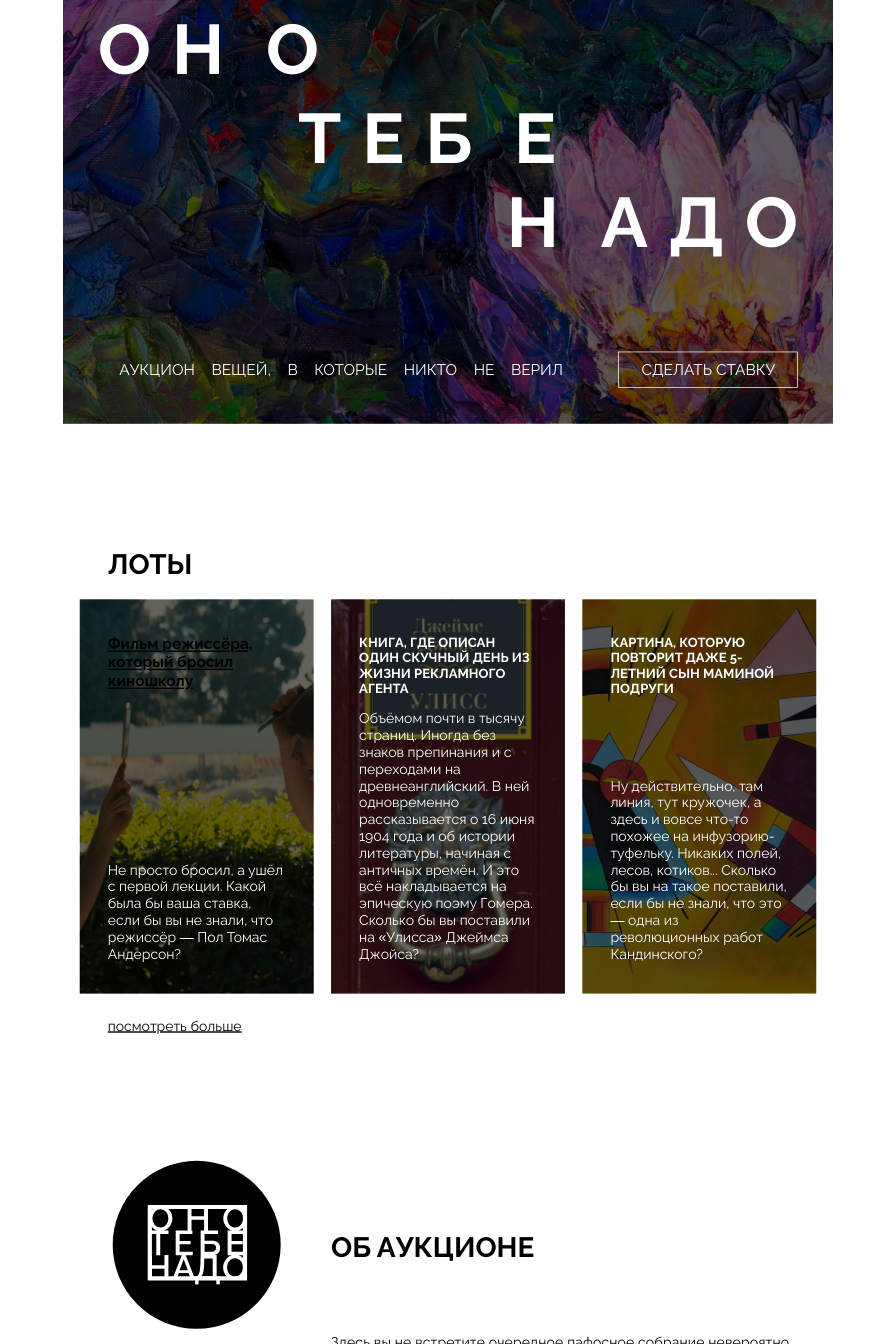
Repository: Smoyki/ono-tebe-nado
Page: index.html
The author's editor kept a copy of each file at every save. The page is drawn from the files as they stood at one save, then again after the next save.
The browser window is 1280 px wide. The pictures show the part of the page from y = 445 to 2365 px (the page is 3028 px tall), at 70% of full size.

Above is the page before, as saved 2024-04-20 21:45:05.

### index.html
<!DOCTYPE html>
<html lang="ru">
  <head>
    <meta charset="UTF-8" />
    <meta http-equiv="X-UA-Compatible" content="IE=edge" />
    <meta name="viewport" content="width=device-width, initial-scale=1.0" />
    <title>Оно тебе надо — аукцион вещей, в которые никто не верил!</title>
    <link rel="stylesheet" href="./fonts/fonts.css" />
    <link rel="stylesheet" href="./styles/global.css" />
    <link rel="stylesheet" href="./styles/style.css" />
  </head>

  <body>
    <div class="wrapper">
      <header class="header">
        <nav class="header__menu">
          <ul class="header__links-list">
            <li class="header__links-list-item_no-bullit">
              <a class="header__link link-active" href="#">главная</a>
            </li>
            <li class="header__links-list-item">
              <a class="header__link" href="#"
                >посмотреть лоты</a
              >
            </li>
            <li class="header__links-list-item">
              <a class="header__link" href="#"
                >об аукционе</a
              >
            </li>
          </ul>
        </nav>
        <a class="header__logo"
          ><img
            alt="Логотип"
            class="header__logo-image"
            src="./images/logo-black.svg"
        /></a>
        <address class="address header__address">
          <a class="address__item " href="tel:+99995555555">+9 999 555 5555</a>
          <a class="address__item " href="mailto:info@sobaka.ge"
            >info@sobaka.ge</a
          >
          <p class="address-text">
            наб. Принсенграхт 263-<br />265, Амстердам
          </p>
        </address>
      </header>
      <main class="main_sections">
        <section class="cover content-section">
          <div class="overlay"></div>
          <h1 class="cover__title">
            <span class="aligned-text"
              >о<span class="letter-spacing-extended">но</span></span
            >
            <span class="aligned-text aligned-text_center"
              >те<span class="letter-spacing-extended">бе</span></span
            >
            <span class="aligned-text aligned-text_right"
              ><span class="letter-spacing-extended">н</span>ад<span
                class="remove-spacing"
                >о</span
              ></span
            >
          </h1>
          <div class="cover__description">
            <p class="cover__description-text">
              Аукцион вещей, в которые никто не верил
            </p>
            <button class="bet-button">Сделать ставку</button>
          </div>
        </section>
        <section class="lots">
          <h2 class="lots_heading"> Лоты</h2>
          <ul class="lots__card-list">
            <li class="lots__card-list-item card_type_film">
              <a href="#" class="card-link">
                <article class="card-info">
                  <h3 class="card__title">Фильм режиссёра, который бросил киношколу</h3>
                  <p class="article-text">Не просто бросил, а ушёл с первой лекции. Какой была бы ваша ставка, если бы вы не знали, что режиссёр — Пол Томас Андерсон?</p>
                </article>
              </a>
            </li>
            <li class="lots__card-list-item card_type_book">
              <a href="#" class="card-link">
                <article class="card-info">
                  <h3 class="article-titel">Книга, где описан один скучный день из жизни рекламного агента</h3>
                  <p class="article-text">Объёмом почти в тысячу страниц. Иногда без знаков препинания и с переходами на древнеанглийский. В ней одновременно рассказывается о 16 июня 1904 года и об истории литературы, начиная с античных времён. И это всё накладывается на эпическую поэму Гомера. Сколько бы вы поставили на «Улисса» Джеймса Джойса?</p>
                </article>
              </a>
            </li>
            <li class="lots__card-list-item card_type_picture">
              <a href="#" class="card-link">
                <article class="card-info">
                  <h3 class="article-titel">Картина, которую повторит даже 5-летний сын маминой подруги</h3>
                  <p class="article-text">Ну действительно, там линия, тут кружочек, а здесь и вовсе что-то похожее на инфузорию-туфельку. Никаких полей, лесов, котиков... Сколько бы вы на такое поставили, если бы не знали, что это — одна из революционных работ Кандинского?</p>
                </article>
              </a>
            </li>
          </ul>
          <a href="#" class="lots-more-link">посмотреть больше</a>
        </section>
        <section class="about content-section">
          <div class="logo__container">
            <div class="about__logo">
              <img
                class="about__logo-image"
                src="./images/logo-white.svg"
                alt="Логотип проекта"
              />
            </div>
          </div>
          <div class="second__column__text">
            <div class="about__column_text">
              <h2 class="about__title">Об аукционе</h2>
              <div class="about__text">
                <p>
                  Здесь вы не встретите очередное пафосное собрание невероятно
                  дорогого антиквариата. Наши лоты вообще не должны были попасть
                  ни на один аукцион. Потому что кому нужен дневник
                  девочки-подростка или картина, которую может нарисовать даже
                  ребёнок? Кому нужны все эти странные вещи, созданные
                  любителями?
                </p>
                <p>
                  Слишком сложные или, наоборот, слишком простые. Опережающие
                  своё время. В пух и прах растерзанные критиками. Непринятые и
                  непонятые. Когда-то они казались просто неудачными. Но,
                  несмотря на критику, кажущуюся простоту или сложность, сейчас
                  без этих лотов невозможно представить современную культуру.
                  Когда в эти вещи не верил никто, продолжали верить их
                  создатели. И сейчас эти лоты стали культовыми.
                </p>
              </div>
            </div>
          </div>
        </section>
      </main>
      <footer class="footer">
        <address class="address">
          <a class="address__item" href="tel:+99995555555">+9 999 555 5555</a>
          <a class="address__item" href="mailto:info@sobaka.ge"
            >info@sobaka.ge</a
          >
          <p class="foother_address__address-text">
            наб. Принсенграхт 263-<br />265, Амстердам
          </p>
        </address>
        <nav class="footer__menu">
          <ul class="footer__menu-list">
            <li class="footer__menu-list-item">
              <a class="footer__menu-link link-active" href="#">главная</a>
            </li>
            <li class="footer__menu-list-item">
              <a class="footer__menu-link " href="#">посмотреть лоты</a>
            </li>
            <li class="footer__menu-list-item">
              <a class="footer__menu-link " href="#">об аукционе</a>
            </li>
          </ul>
        </nav>
        <ul class="footer__social-list">
          <li class="footer__social-list-item">
            <a class="footer__social-link" href="#"
              ><img
                class="footer__social-icon"
                src="./images/yt.svg"
                alt="Иконка"
            /></a>
          </li>
          <li class="footer__social-list-item">
            <a class="footer__social-link" href="#"
              ><img
                class="footer__social-icon"
                src="./images/vk.svg"
                alt="Иконка"
            /></a>
          </li>
          <li class="footer__social-list-item">
            <a class="footer__social-link" href="#"
              ><img
                class="footer__social-icon"
                src="./images/pinterest.svg"
                alt="Иконка"
            /></a>
          </li>
        </ul>
      </footer>
    </div>
  </body>
</html>

### styles/style.css
.main_sections {
  flex-direction: column;
  display: grid;
  grid-template-rows: repeat(3, auto);
}

.content-section {
  margin: auto 0;
  width: 100%;
}

.header {
  max-width: 1052px;
  margin: auto;
  padding: 92px 24px 92px 19px;
  display: grid;
  grid-template-columns: 2fr 1fr 2fr;
  justify-content: space-around;
  justify-items: center;
  align-items: center;
}

.header__links-list {
  display: flex;
  flex-direction: row;
  gap: 34px;
  list-style: none;
  font-size: 18px;
  line-height: 21px;
  flex-wrap:wrap;
}

.header__menu {
  max-width: 392px;
}

.header__links-list-item {
  list-style: circle;
  text-decoration: underline;
}

.header__links-list-item_no-bullit {
  list-style: none;
}

.header__link {
  font-size: 18px;
  text-decoration:underline;
}

.header__link_active {
  text-decoration:none;
}

.header__logo {
  display:block;
  justify-self: center;
  align-self: center;
  width: fit-content;
  height: fit-content;
}

.header__logo-image {
  width: 148px;
  height: 105px;
  margin: auto;
}

.address {
  max-width: 241px;
  display: flex;
  flex-direction: column;
  font-size: 18px;
  font-style: normal;
  justify-self: end;
  line-height: 24.3px;
  padding: 0px 38px 0px 0px;
  font-family: "Raleway", sans-serif;
}


.address__item {
  display: flex;
  text-underline-position: under;
}

.cover {
  position: relative;
  background-image: url(../images/cover.jpg);
  background-position:center;
  background-repeat: no-repeat;
  background-size: cover;
  padding: 165px 50px 51px 50px;
}

.overlay {
  position: absolute;
  top: 0;
  left: 0;
  z-index: 1;
  width: 100%;
  height: 100%;
  background: rgba(0, 0, 0, 0.6);
}

.cover__title {
  position: relative;
  z-index: 3;
  line-height: 1.15;
  letter-spacing: 30px;
  text-transform: uppercase;
  display: flex;
  flex-direction: column;
  gap: 20px;
  color: #FFF;
  font-weight: bold;
  font-size: 100px;

}

.aligned-text {
  display: block;
}

.aligned-text_center {
  line-height: 1;
  text-align: center;
}

.aligned-text_right {
  line-height: 1;
  text-align: right;
}

.letter-spacing-extended {
  letter-spacing: 60px;
}

.remove-spacing {
  letter-spacing: normal;
}

.cover__description {
  position: relative;
  z-index: 1;
  display: flex;
  justify-content: flex-end;
  align-items: center;
  gap: 79px;
  padding: 135px 0px 0px 0px;
}

.cover__description-text {
  color: #FFF;
  font-size: 22px;
  line-height: 1.27;
  text-transform: uppercase;
  word-spacing: 18px;
}

.bet-button {
  border: 1px #FFF solid;
  padding: 12px 32px;
  color: #FFF;
  font-family: 'Raleway', sans-serif;
  font-weight: normal;
  font-size: 22px;
  line-height: 26px;
  text-transform: uppercase;
  background-color: transparent;
  cursor: pointer;
}

.bet-button:hover {
  color: #000000;
  background-color: #FFF;
}


.lots {
  display: grid;
  grid-template-rows: repeat(3, auto);
  gap: 27px;
  padding: 177px 24px 0px 24px;
}

.lots_heading {
  font-size: 40px;
  line-height: 47px;
  margin-left: 40px;
  text-transform: uppercase;
}

.lots__card-list {
  display: grid;
  grid-template-columns: repeat(3, auto);
  gap: 25px;
}

.lots__card-list-item {
  display: block;
  position: relative;
  min-width: 334px;
  min-height: 563px;
}

.lots__card-list-item::before {
  content: "";
  position: absolute;
  top: 0;
  left: 0;
  z-index: 1;
  background-color: rgb(0, 0, 0, 0.6);
  inset: 0;
}

/*---настройка картиночек для лотов---*/

.card_type_film {
  background-image: url(../images/card-lot-01.jpg);
}

.card_type_book {
  background-image: url(../images/card-lot-02.jpg);
}

.card_type_picture {
  background-image: url(../images/card-lot-03.jpg);
}

.card_type_film,
.card_type_book,
.card_type_picture,
.cover {
  background-size: cover;
  background-position: top;
}

.lots-more-link {
  width: fit-content;
  line-height: 24px;
  margin-left: 40px;
  font-size: 20px;
  text-decoration: none;
  padding: 7px 0px 0px 0px;
  text-decoration: underline;
}

.card-link {
  text-decoration: none;
}

/*---Оформление текста для лотов---*/

.card-info {
  display: flex;
  flex-direction: column;
  justify-content: space-between;
  height: 100%;
  padding: 50px 40px 45px 40px;
}

.card__title {
  font-size: 22px;
  line-height: 120%;
  font-style: normal;
  text-decoration: underline;
}

.article-text {
  font-weight: 100;
  max-height: 360px;
  font-size: 20px;
  line-height: 120%;
}

.article-text,
.article-titel {
  position: relative;
  z-index: 3;
  color: white;
}

.lots_title,
.article-titel {
  text-transform: uppercase;
}


/* Тут начало секции about */
.about {
  display:  grid;
  grid-template-columns: 287px auto;
  padding:146px 0px 0px 24px;
  max-width: 1052px;
  column-gap:72px;
}

.about__column_text {
  padding-top:135px;
  display: flex;
  height: fit-content;
  font-family: "Raleway", sans-serif;
  font-style: normal;
  font-weight: 400;
  flex-direction: column;
  gap:100px;
  min-width: 693px;
}

.about__logo {
  display: flex;
  justify-content: center;
  align-items: center;
  border-radius: 50%;
  background-color: #000000;
  width: 240px;
  height: 240px;
}

.logo__container {
  display: block;
  padding:35px 0px 0px 47px;
  width:fit-content;
  height:fit-content;
}

.about__logo-image {
  width: 148px;
  height: 114px;
}

.about__title {
  /* padding: 3px 0px 100px 0px; */
  font-weight: bold;
  font-size: 40px;
  line-height: 46.96px;
  text-transform: uppercase;
}

.about__text {
  display: flex;
  flex-direction:column;
  gap: 25px;
  font-size: 20px;
  line-height: 24px;
  letter-spacing: 0.01em;
}

.footer {
  display: flex;
  justify-content: space-between;
  padding: 179px 50px 88px 50px;
  gap:25px;
}

.footer__social-icon {
  width: 48px;
  height: 48px;
}

.footer__menu-list {
  display: flex;
  flex-direction: column;
  align-items: center;
  font-size: 18px;
  line-height: 21.13px;
  height: fit-content;
}

.foother__links-list {
  display:flex;
  flex-direction:column;
}

.footer__social-list-item {
  list-style: none;
}

.footer__menu-list-item {
  list-style: none;
}

.link-active {
  text-decoration:none;
}

.footer__social-list {
  display:flex;
  gap: 48px;
  list-style: none;
}

Loaded but not shown: fonts/fonts.css (common file); styles/global.css (common file)

After the next save:
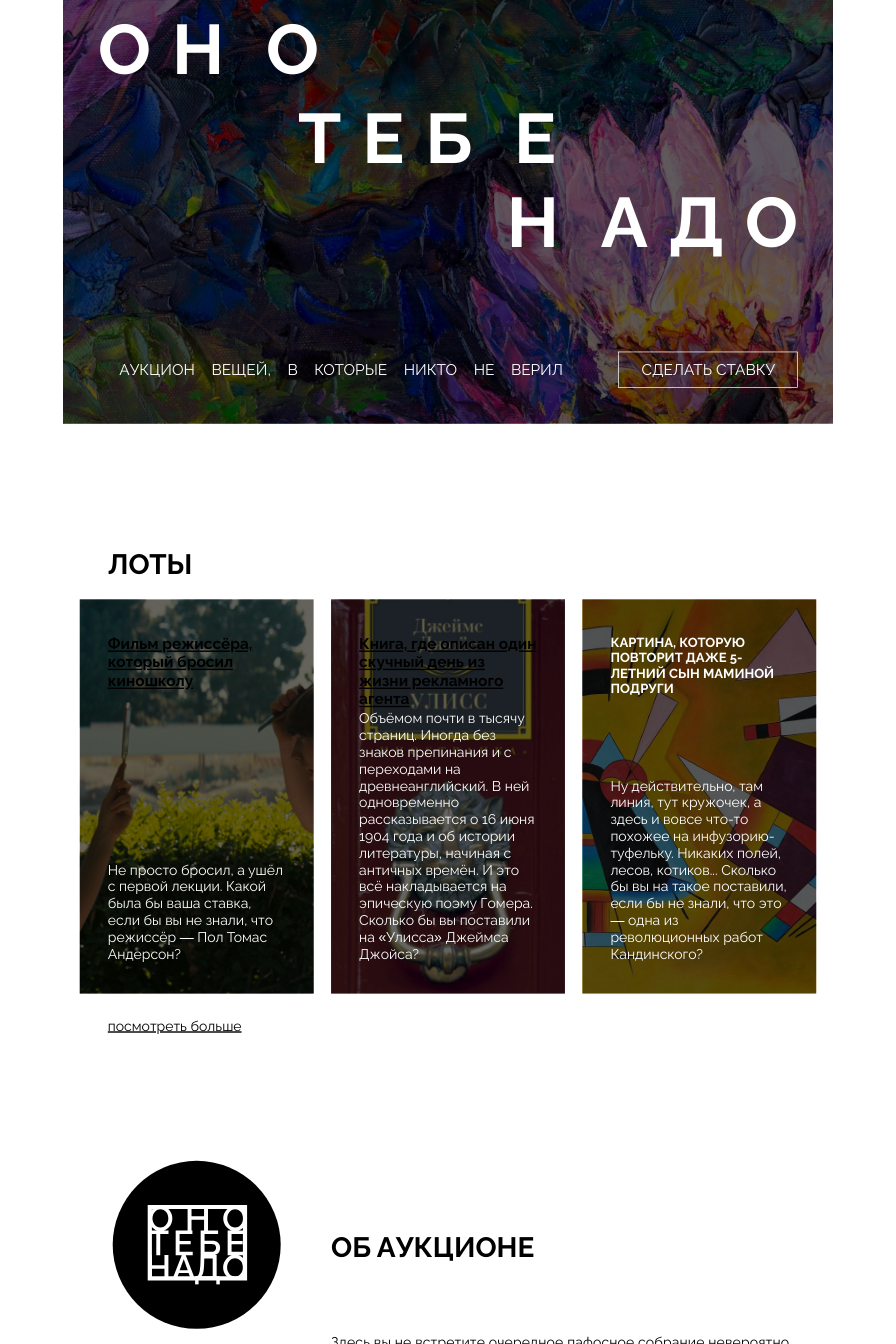
Saved 10 s later.
--- a/index.html
+++ b/index.html
@@ -84,7 +84,7 @@
             <li class="lots__card-list-item card_type_book">
               <a href="#" class="card-link">
                 <article class="card-info">
-                  <h3 class="article-titel">Книга, где описан один скучный день из жизни рекламного агента</h3>
+                  <h3 class="card__title">Книга, где описан один скучный день из жизни рекламного агента</h3>
                   <p class="article-text">Объёмом почти в тысячу страниц. Иногда без знаков препинания и с переходами на древнеанглийский. В ней одновременно рассказывается о 16 июня 1904 года и об истории литературы, начиная с античных времён. И это всё накладывается на эпическую поэму Гомера. Сколько бы вы поставили на «Улисса» Джеймса Джойса?</p>
                 </article>
               </a>
